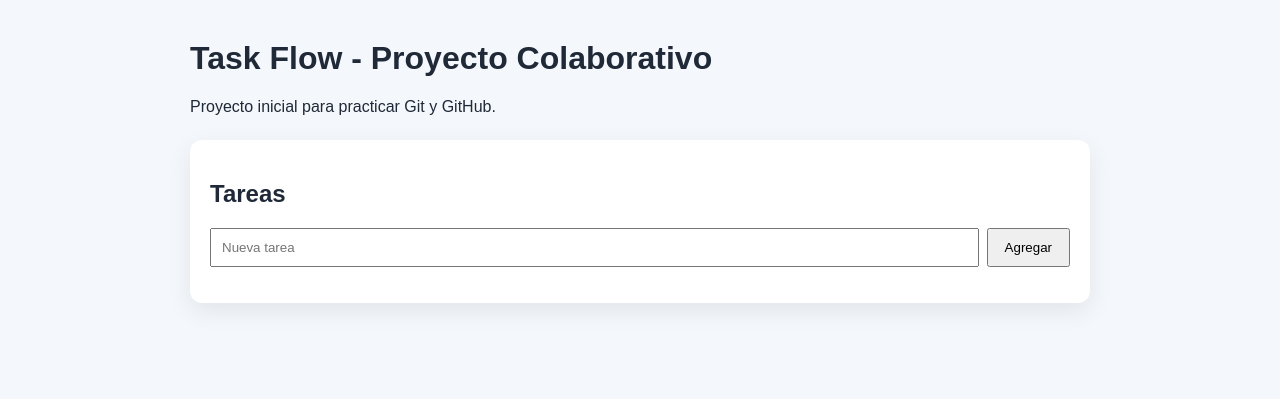
Repository: tomasheduan/task-flow
Page: index.html
These files come from the project's save history. The page is drawn as it stood at one moment and after a run of saves; the edit follows.
The browser window is 1280 px wide. The pictures show the whole page.

Above is the page before, as saved 2026-10-07 15:58:50.

After the next 4 saves:
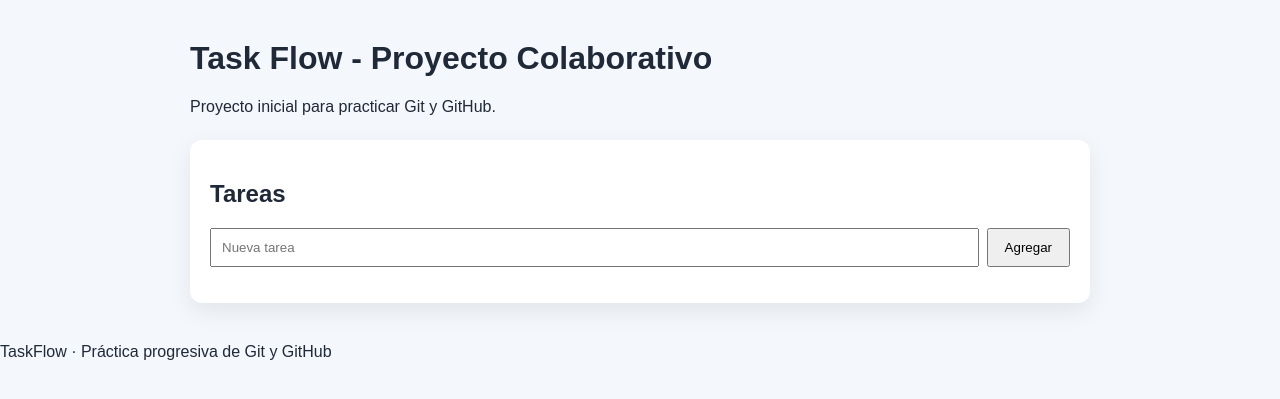
The 4 saves are shown as one change because they came seconds apart.
The last was saved 16 s later.
--- a/index.html
+++ b/index.html
@@ -21,6 +21,9 @@
     </section>
   </main>
 
+  <footer>
+  <p>TaskFlow · Práctica progresiva de Git y GitHub</p>
+</footer>
   <script src="app.js"></script>
 </body>
 </html>
